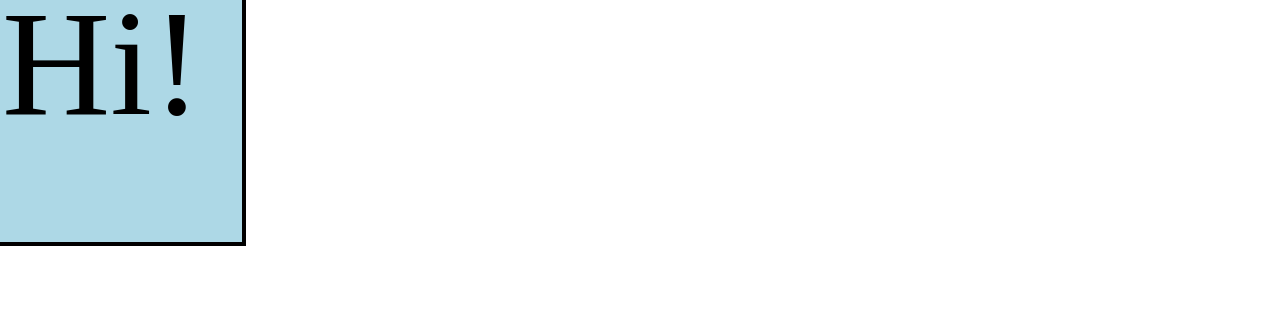
Repository: nottonofclay/csi_waymo
Page: transformations/transformations.html
The author's editor kept a copy of each file at every save. The page is drawn from the files as they stood at one save, then again after the next save.
The browser window is 1280 px wide. The pictures show the whole page.

Above is the page before, as saved 2023-07-06 12:17:26.

After the next save:
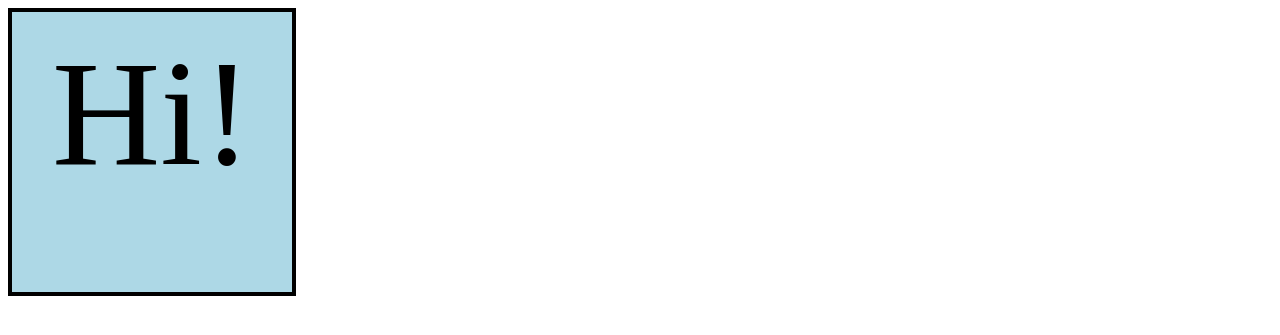
Saved 4 s later.
--- a/transformations/transformations.css
+++ b/transformations/transformations.css
@@ -9,9 +9,9 @@
 
     /* transform: translateX(-50px);
     transform: translateY(-50px); */
-    transform: translate(-50px, -50px);
+
 
 }
 #box1:hover {
-
+    transform: translate(-50px, -50px);
 }

After the save that followed:
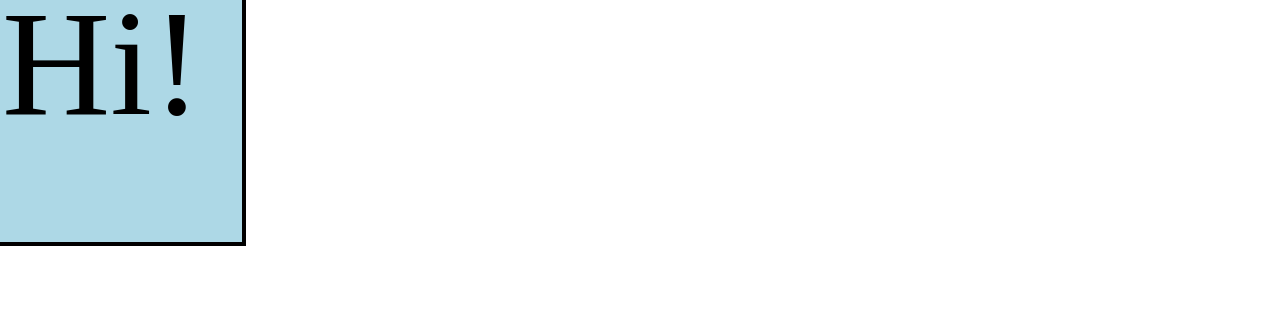
Saved 15 s later.
--- a/transformations/transformations.css
+++ b/transformations/transformations.css
@@ -9,9 +9,9 @@
 
     /* transform: translateX(-50px);
     transform: translateY(-50px); */
-
+    transform: translate(-50px, -50px);
 
 }
 #box1:hover {
-    transform: translate(-50px, -50px);
+
 }
